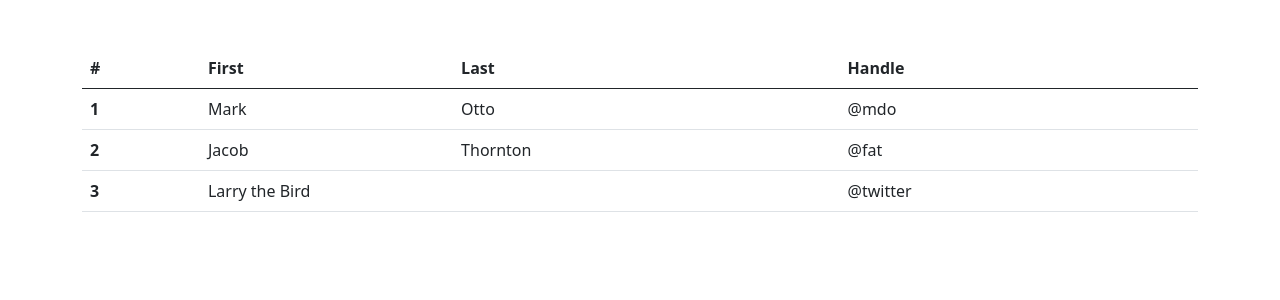
Repository: raypritam49000/SpringFrameworkProjects
Page: http://localhost/SpringMvcHibernateTemplateDemo/WEB-INF/views/index.jsp
The author's editor kept a copy of each file at every save. The page is drawn from the files as they stood at one save, then again after the next save.
The browser window is 1280 px wide. The pictures show the whole page.
The page is served by Tomcat 9. Nobody is signed in. The template is opened directly, without the code that normally fills it, so the values that code supplies are empty.

Above is the page before, as saved 2022-08-01 11:01:59.

After the next save:
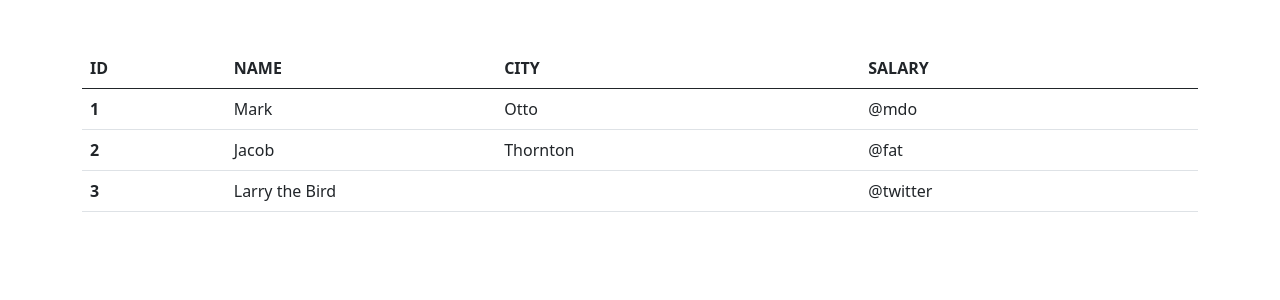
Saved 29 s later.
--- a/SpringMvcHibernateTemplateDemo/src/main/webapp/WEB-INF/views/index.jsp
+++ b/SpringMvcHibernateTemplateDemo/src/main/webapp/WEB-INF/views/index.jsp
@@ -13,10 +13,10 @@
 		<table class="table">
 			<thead>
 				<tr>
-					<th scope="col">#</th>
-					<th scope="col">First</th>
-					<th scope="col">Last</th>
-					<th scope="col">Handle</th>
+					<th scope="col">ID</th>
+					<th scope="col">NAME</th>
+					<th scope="col">CITY</th>
+					<th scope="col">SALARY</th>
 				</tr>
 			</thead>
 			<tbody>
